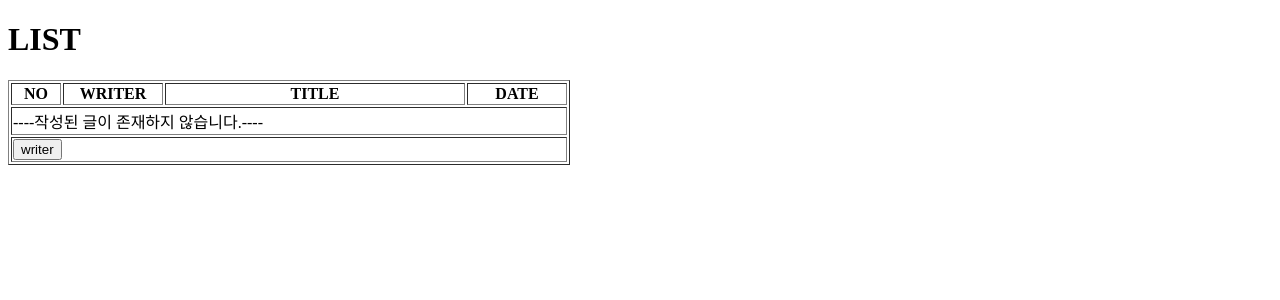
Repository: leedh909/Academy-web-
Page: http://localhost/Jsp08_MVC/controller.do?command=list
These files come from the project's save history. The page is drawn as it stood at one moment and after the next save; the edit follows.
The browser window is 1280 px wide. The pictures show the whole page.
The page is served by Tomcat 9. Other server files are loaded and not shown. Queries for data that is not in the repository find no rows.

Above is the page before, as saved 2020-07-07 00:38:50.

### 실습자료/eclipse-servlet/Jsp08_MVC/WebContent/boardlist.jsp
<%@ page language="java" contentType="text/html; charset=UTF-8"
    pageEncoding="UTF-8"%>

<% request.setCharacterEncoding("UTF-8"); %>
<% response.setContentType("text/html; charset=UTF-8"); %>

<%@ taglib prefix="c" uri="http://java.sun.com/jsp/jstl/core" %>

<!DOCTYPE html>
<html>
<head>
<meta charset="UTF-8">
<title>Insert title here</title>
</head>
<body>
	<h1>LIST</h1>
	<table border="1">
		<col width="50"><col width="100"><col width="300"><col width="100">
		<tr>
			<th>NO</th>
			<th>WRITER</th>
			<th>TITLE</th>
			<th>DATE</th>
		</tr>
		<c:choose>
			<c:when test="${empty list}">
				<tr>
					<td colspan="4">----작성된 글이 존재하지 않습니다.----</td>
				</tr>
			</c:when>
			<c:otherwise>
				<c:forEach var="dto" items="${list}">
					<tr>
						<td>${dto.seq }</td>
						<td>${dto.writer }</td>
						<td>${dto.title }</td>
						<td>${dto.regdate }</td>
					</tr>
				</c:forEach>
			</c:otherwise>
		</c:choose>
		<tr>
			<td colspan="4">
				<input type="button" value="writer">
			</td>
		</tr>
	</table>
</body>
</html>

### 실습자료/eclipse-servlet/Jsp08_MVC/src/com/mvc/controller/MyMVCServlet.java
package com.mvc.controller;

import java.io.IOException;
import java.util.List;

import javax.servlet.RequestDispatcher;
import javax.servlet.ServletException;
import javax.servlet.annotation.WebServlet;
import javax.servlet.http.HttpServlet;
import javax.servlet.http.HttpServletRequest;
import javax.servlet.http.HttpServletResponse;

import com.mvc.biz.MyMVCBiz;
import com.mvc.biz.MyMVCBizImpl;
import com.mvc.dto.MyMVCDto;

@WebServlet("/MyMVCServlet")
public class MyMVCServlet extends HttpServlet {
	private static final long serialVersionUID = 1L;

    public MyMVCServlet() {
        super();
    }

	protected void doGet(HttpServletRequest request, HttpServletResponse response) throws ServletException, IOException {

		request.setCharacterEncoding("UTF-8");
		response.setContentType("text/html; charset=UTF-8");

		String command = request.getParameter("command");
		System.out.println("["+command+"]");

		MyMVCBiz biz = new MyMVCBizImpl();

		if(command.equals("list")) {

			List<MyMVCDto> list = biz.selectAll();

			request.setAttribute("list", list);

			dispatch("boardlist.jsp",request,response);

		}

	}




	protected void doPost(HttpServletRequest request, HttpServletResponse response) throws ServletException, IOException {
		doGet(request, response);
	}

	private void dispatch(String url, HttpServletRequest request, HttpServletResponse response) throws ServletException, IOException {

		RequestDispatcher dispatch = request.getRequestDispatcher(url);
		dispatch.forward(request, response);

	}


}

### 실습자료/eclipse-servlet/Jsp08_MVC/src/com/mvc/biz/MyMVCBizImpl.java
package com.mvc.biz;

import java.util.List;

import com.mvc.dao.MyMVCDao;
import com.mvc.dao.MyMVCDaoImpl;
import com.mvc.dto.MyMVCDto;

public class MyMVCBizImpl implements MyMVCBiz{

	private MyMVCDao dao = new MyMVCDaoImpl();

	@Override
	public List<MyMVCDto> selectAll() {
		return dao.selectAll();
	}

	@Override
	public MyMVCDto selectOne(int seq) {
		return null;
	}

	@Override
	public boolean insert(MyMVCDto dto) {
		return false;
	}

	@Override
	public boolean update(MyMVCDto dto) {
		return false;
	}

	@Override
	public boolean delete(int seq) {
		return false;
	}

}

### 실습자료/eclipse-servlet/Jsp08_MVC/src/com/mvc/dao/MyMVCDao.java
package com.mvc.dao;

import java.util.List;

import com.mvc.dto.MyMVCDto;

public interface MyMVCDao {

	String selectAllSql = "SELECT * FROM MYMVCBOARD ORDER BY SEQ DESC";
	String selectOneSql = "";
	String insetSql ="";
	String updateSql ="";
	String deleteSql ="";


	public List<MyMVCDto> selectAll();
	public MyMVCDto selectOne(int seq);
	public boolean insert(MyMVCDto dto);
	public boolean update(MyMVCDto dto);
	public boolean delete(int seq);



}

### 실습자료/eclipse-servlet/Jsp08_MVC/src/com/mvc/dao/MyMVCDaoImpl.java
package com.mvc.dao;

import static common.JDBCTemplate.*;

import java.sql.Connection;
import java.sql.PreparedStatement;
import java.sql.ResultSet;
import java.sql.SQLException;
import java.util.ArrayList;
import java.util.List;

import com.mvc.dto.MyMVCDto;

public class MyMVCDaoImpl implements MyMVCDao{

	@Override
	public List<MyMVCDto> selectAll() {
		Connection con = getConnection();
		PreparedStatement pstm = null;
		ResultSet rs = null;
		List<MyMVCDto> res = new ArrayList<MyMVCDto>();

		try {
			pstm = con.prepareStatement(selectAllSql);
			System.out.println("03. query 준비: "+selectAllSql);

			rs = pstm.executeQuery();
			System.out.println("04. query 실행 및 리턴");
			while(rs.next()) {

				MyMVCDto tmp = new MyMVCDto();
				tmp.setSeq(rs.getInt(1));
				tmp.setWriter(rs.getString(2));
				tmp.setTitle(rs.getString(3));
				tmp.setContent(rs.getString(4));
				tmp.setRegdate(rs.getDate(5));

				res.add(tmp);
			}
		} catch (SQLException e) {
			System.out.println("03/04 단계 오류");
			e.printStackTrace();

		}finally {
			close(rs);
			close(pstm);
			close(con);
			System.out.println("05. db 종료 \n");
		}

		return res;
	}

	@Override
	public MyMVCDto selectOne(int seq) {
		return null;
	}

	@Override
	public boolean insert(MyMVCDto dto) {
		return false;
	}

	@Override
	public boolean update(MyMVCDto dto) {
		return false;
	}

	@Override
	public boolean delete(int seq) {
		return false;
	}





}

### 실습자료/eclipse-servlet/Jsp08_MVC/src/common/JDBCTemplate.java
package common;

import java.sql.Connection;
import java.sql.DriverManager;
import java.sql.PreparedStatement;
import java.sql.ResultSet;
import java.sql.SQLException;
import java.sql.Statement;

public class JDBCTemplate {

	public static Connection getConnection() {

		try {
			Class.forName("oracle.jdbc.driver.OracleDriver");
			System.out.println("01. 드라이버 연결");
		} catch (ClassNotFoundException e) {
			System.out.println("01. 드라이버 연결 오류");
			e.printStackTrace();
		}

		String url="jdbc:oracle:thin:@localhost:1521:xe";
		String id="KH";
		String pw="KH";

		Connection con = null;
		try {
			con = DriverManager.getConnection(url,id,pw);
			System.out.println("02. 계정 연결");

			con.setAutoCommit(false);


		} catch (SQLException e) {
			System.out.println("02. 계정 연결 오류");
			e.printStackTrace();
		}


		return con;
	}

	public static boolean isConnection(Connection con) {
		//현재 커넥션 객체가 연결되있냐 아니냐를 판단해주는
		boolean valid = true;

		try {
			if(con==null || con.isClosed()) {
				valid = false;
			}
		}catch(SQLException e) {
			e.printStackTrace();
		}

		return valid;
	}

	public static void close(Connection con) {
		if(isConnection(con)) {
			try {
				con.close();
			} catch (SQLException e) {
				e.printStackTrace();
			}
		}
	}
	public static void close(Statement stmt) {
		if(stmt != null) {
			try {
				stmt.close();
			} catch (SQLException e) {
				e.printStackTrace();
			}
		}
	}
	public static void close(ResultSet rs) {
		if(rs != null) {
			try {
				rs.close();
			} catch (SQLException e) {
				e.printStackTrace();
			}
		}
	}

	public static void commit(Connection con) {
		if(isConnection(con)) {
			try {
				con.commit();
			} catch (SQLException e) {
				e.printStackTrace();
			}
		}
	}
	public static void rollback(Connection con) {
		if(isConnection(con)) {
			try {
				con.rollback();
			} catch (SQLException e) {
				e.printStackTrace();
			}
		}
	}










}

After the next save:
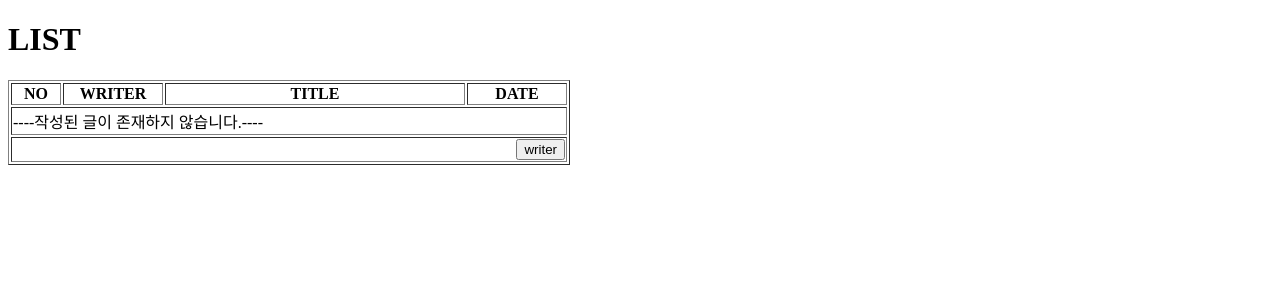
Saved 27 s later.
--- a/실습자료/eclipse-servlet/Jsp08_MVC/WebContent/boardlist.jsp
+++ b/실습자료/eclipse-servlet/Jsp08_MVC/WebContent/boardlist.jsp
@@ -40,7 +40,7 @@
 			</c:otherwise>
 		</c:choose>
 		<tr>
-			<td colspan="4">
+			<td colspan="4" align="right">
 				<input type="button" value="writer">
 			</td>
 		</tr>
